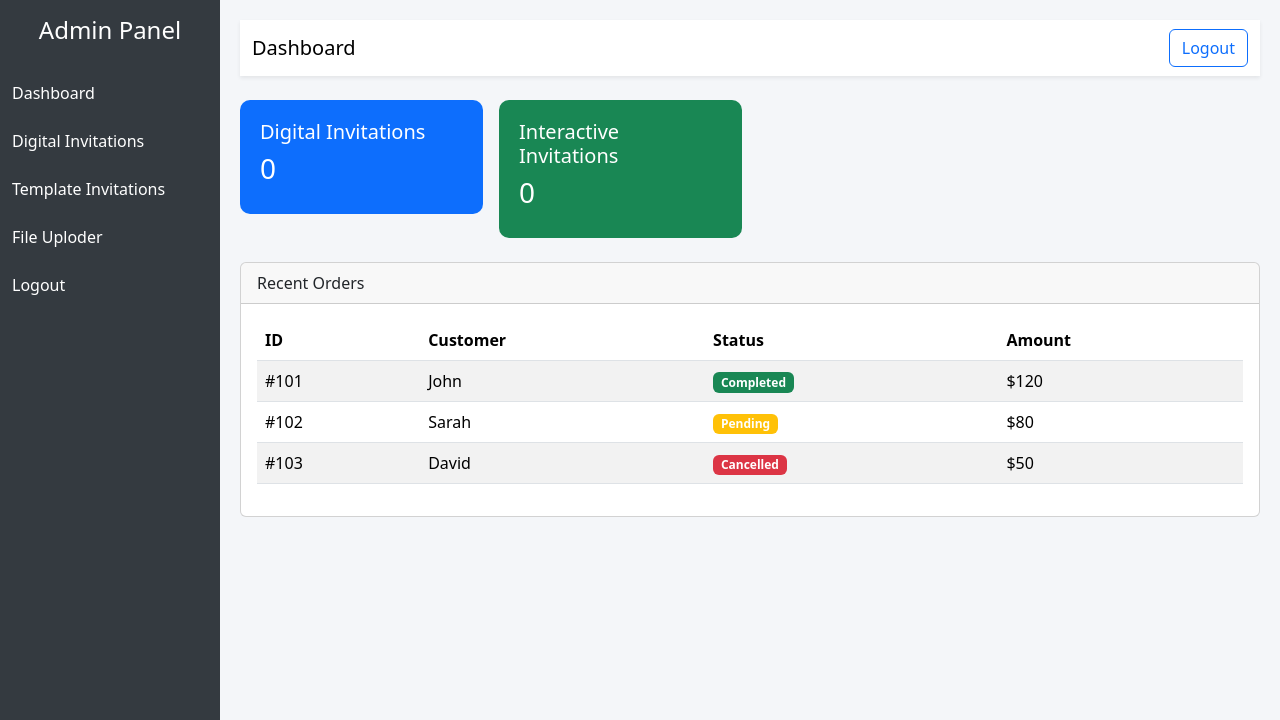
Repository: viraj7551/Flying-Invite-Project
Page: http://localhost/Admin03/dashboard.jsp
The author's editor kept a copy of each file at every save. The page is drawn from the files as they stood at one save, then again after the next save.
The browser window is 1280 px wide. The pictures show the whole page.
The page is served by Tomcat 9.

Above is the page before, as saved 2026-07-18 17:43:44.

After the next save:
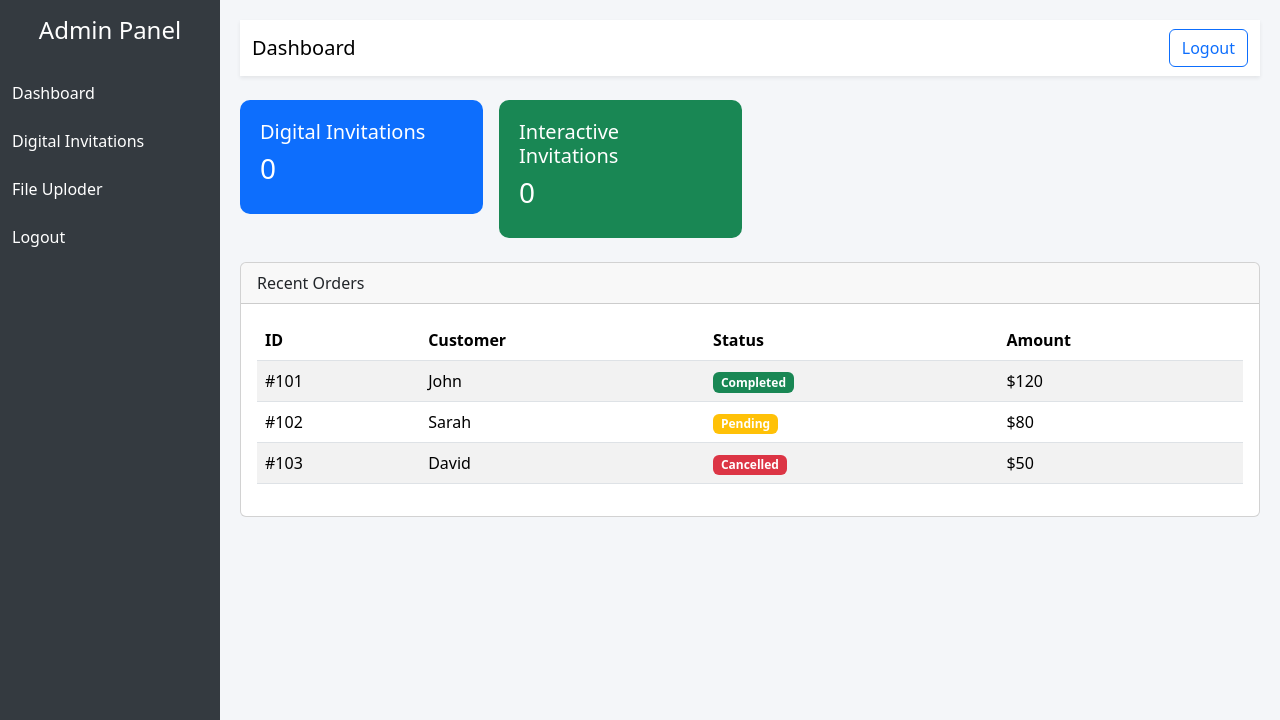
Saved 40 h 52 min later.
--- a/Admin03/WebContent/dashboard.jsp
+++ b/Admin03/WebContent/dashboard.jsp
@@ -87,7 +87,6 @@ margin-left:0;
 
 <a href="#">Dashboard</a>
 <a href="digital_invitation.jsp">Digital Invitations</a>
-<a href="#">Template Invitations</a>
 <a href="file_uploader.jsp">File Uploder</a>
 <a href="administrator.jsp">Logout</a>
 
